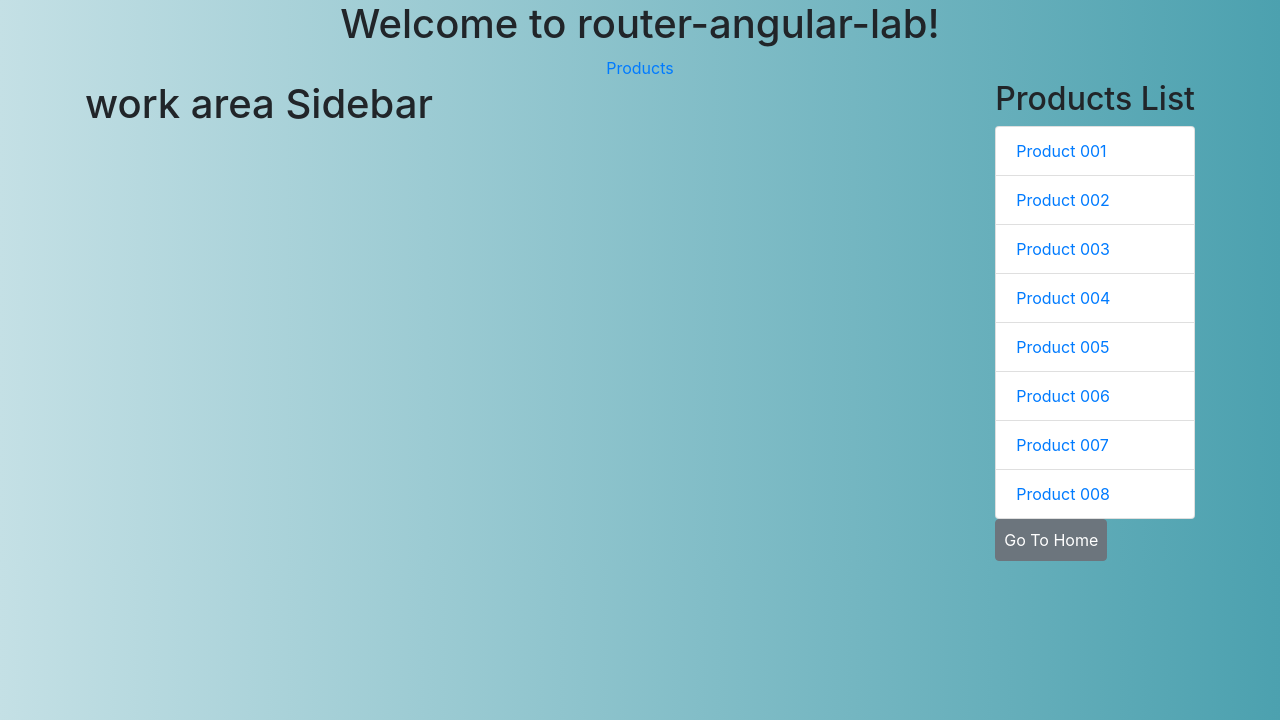
Repository: desalab/router-angular-lab
Page: /products
An editor plug-in stored every save of this project. The page is shown before and after the next save, followed by the edit.
The browser window is 1280 px wide. The pictures show the whole page.
The project was rebuilt for these pictures with package versions that can differ from the ones it lists, and the page was loaded fresh each time. Also part of the build but not shown: angular.json, src/app/product-detail/product-detail.component.ts, src/app/product-list-sidebar/product-list-sidebar.component.ts, src/app/home/home.component.ts.

Above is the page before, as saved 2018-12-06 01:10:44.

### src/index.html
<!doctype html>
<html lang="en">
<head>
  <meta charset="utf-8">
  <title>RouterAngularLab</title>
  <base href="/">

  <meta name="viewport" content="width=device-width, initial-scale=1">
  <link rel="icon" type="image/x-icon" href="favicon.ico">
  <link rel="stylesheet" href="https://stackpath.bootstrapcdn.com/bootstrap/4.1.3/css/bootstrap.min.css" integrity="sha384-MCw98/SFnGE8fJT3GXwEOngsV7Zt27NXFoaoApmYm81iuXoPkFOJwJ8ERdknLPMO" crossorigin="anonymous">

</head>
<body>
  <app-root></app-root>
</body>
</html>

### src/styles.css

body{
    background: #4CA1AF;  /* fallback for old browsers */
    background: -webkit-linear-gradient(to right, #C4E0E5, #4CA1AF);  /* Chrome 10-25, Safari 5.1-6 */
    background: linear-gradient(to right, #C4E0E5, #4CA1AF); /* W3C, IE 10+/ Edge, Firefox 16+, Chrome 26+, Opera 12+, Safari 7+ */
}

### src/app/app-routing.module.ts
import { NgModule } from '@angular/core';
import { Routes, RouterModule } from '@angular/router';
import { ProductListComponent } from './product-list/product-list.component';
import { ProductDetailComponent } from './product-detail/product-detail.component';
import { SidebarComponent } from './sidebar/sidebar.component';
import { ProductListSidebarComponent } from './product-list-sidebar/product-list-sidebar.component';

const routes: Routes = [
  { path: 'products', component: ProductListComponent },
  { path: 'product/:id', component: ProductDetailComponent },
  {
    path: '',
    component: SidebarComponent,
    outlet: 'sidebar'
  },
  {
    path: 'products',
    component: ProductListSidebarComponent,
    outlet: 'sidebar'
  }
];

@NgModule({
  imports: [RouterModule.forRoot(routes)],
  exports: [RouterModule]
})
export class AppRoutingModule { }

### src/app/app.component.ts
import { Component } from '@angular/core';

@Component({
  selector: 'app-root',
  templateUrl: './app.component.html',
  styleUrls: ['./app.component.css']
})
export class AppComponent {
  title = 'router-angular-lab';
}

### src/app/product-list/product-list.component.ts
import { Component, OnInit } from '@angular/core';
import { Product } from '../models/product';

@Component({
  selector: 'app-product-list',
  templateUrl: './product-list.component.html',
  styleUrls: ['./product-list.component.css']
})
export class ProductListComponent implements OnInit {

  public products: Product[] = [
    new Product(1, 'Product 001'),
    new Product(2, 'Product 002'),
    new Product(3, 'Product 003'),
    new Product(4, 'Product 004'),
    new Product(5, 'Product 005'),
    new Product(6, 'Product 006'),
    new Product(7, 'Product 007'),
    new Product(8, 'Product 008')
  ];

  constructor() { }

  ngOnInit() {
  }

}

### src/app/app.component.html
<div class="container">
  <div style="text-align:center">
    <h1>Welcome to {{ title }}!</h1>

    <a
      [routerLink]="[
        { outlets: { primary: ['products'], sidebar: ['products'] } }
      ]"
    >
      Products
    </a>
  </div>

  <div>
    <div style="float:right"><router-outlet></router-outlet></div>
    <div style="float:left"><router-outlet name="sidebar"></router-outlet></div>
  </div>
</div>

### src/app/models/product.ts
export class Product {
  id: number;
  name: string;
  constructor(id: number, name: string) {
    this.id = id;
    this.name = name;
  }
}

### src/app/product-list/product-list.component.html
<h2>Products List</h2>

<ul class="list-group">
	<li class="list-group-item"  *ngFor="let product of products">
		<a [routerLink]="['/product/', product.id]">{{product.name}}</a>
	</li>
</ul>

<a class="btn btn-secondary p-2" routerLink="/">Go To Home</a>

### src/app/sidebar/sidebar.component.html
<h1>
  work area Sidebar
</h1>

Loaded but not shown: src/main.ts (common file); src/app/app.module.ts (common file); src/environments/environment.ts (common file); src/app/sidebar/sidebar.component.ts (common file); src/app/app.component.css (no stored copy; drawn as an empty file); src/app/product-list/product-list.component.css (no stored copy; drawn as an empty file); src/app/sidebar/sidebar.component.css (no stored copy; drawn as an empty file)

After the next save:
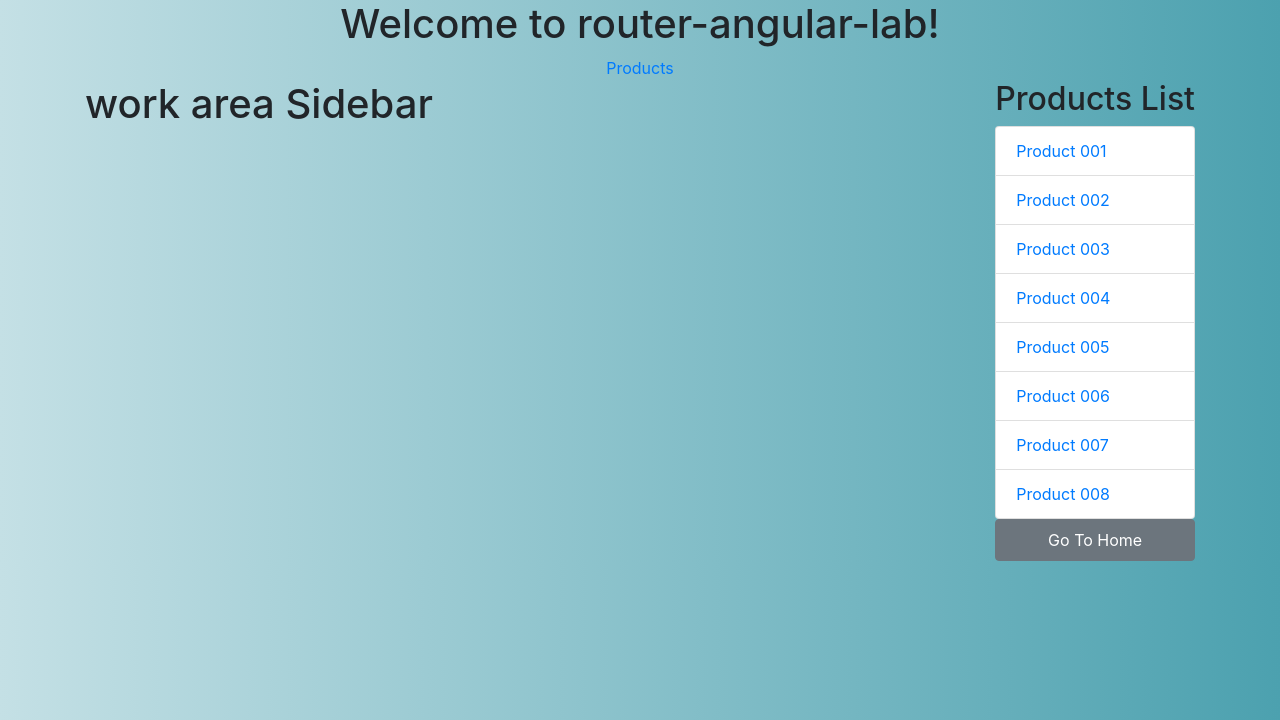
Saved 35 s later.
--- a/src/app/product-list/product-list.component.html
+++ b/src/app/product-list/product-list.component.html
@@ -6,4 +6,4 @@
 	</li>
 </ul>
 
-<a class="btn btn-secondary p-2" routerLink="/">Go To Home</a>
+<a class="btn btn-secondary btn-block p-2" routerLink="/">Go To Home</a>
